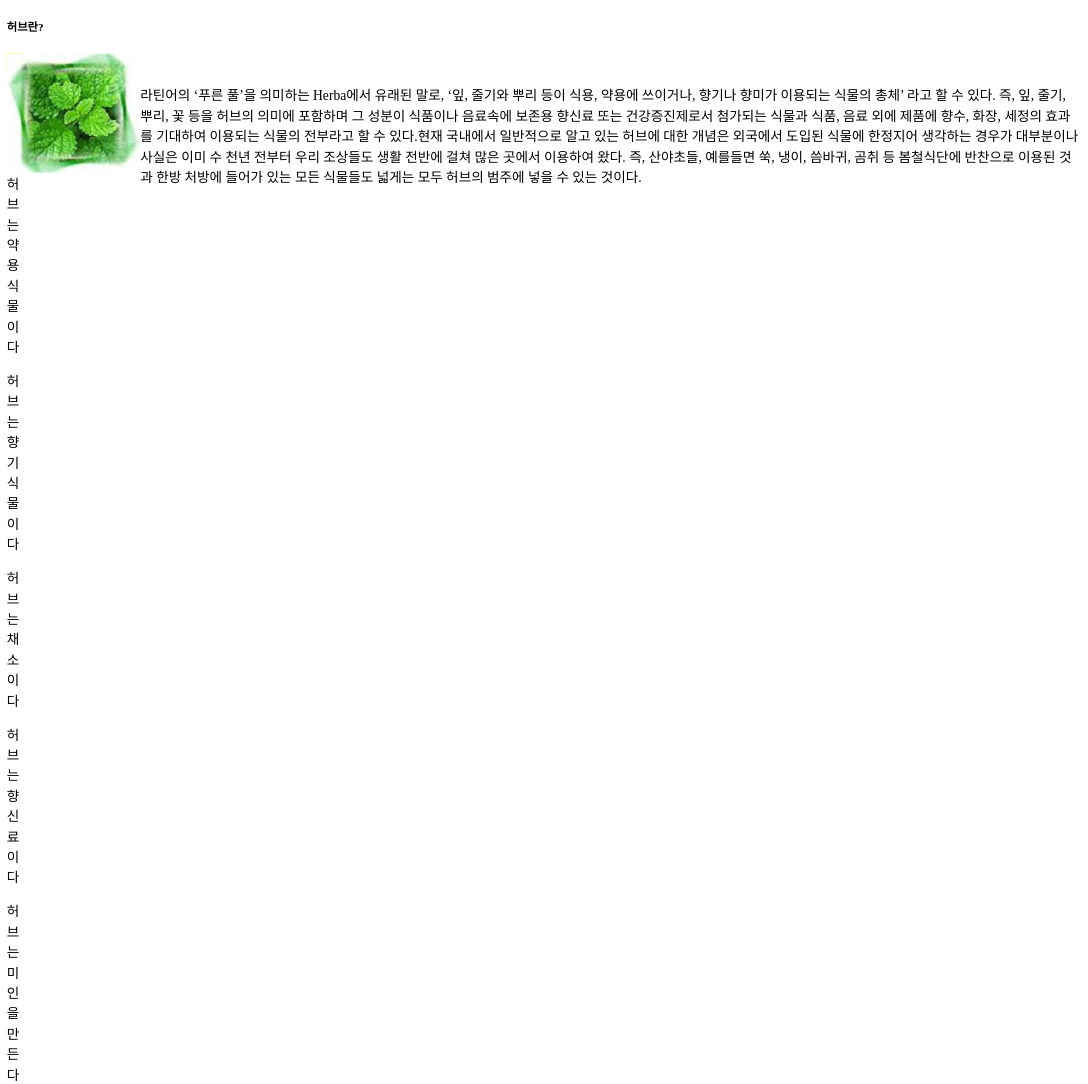
Repository: gus-123/Edu_KCC_HTML
Page: CSS/WebContent/position.html
The author's editor kept a copy of each file at every save. The page is drawn from the files as they stood at one save, then again after the next save.
The browser window is 1280 px wide. The pictures show the whole page, at 85% of full size.

Above is the page before, as saved 2024-07-09 06:19:59.

After the next save:
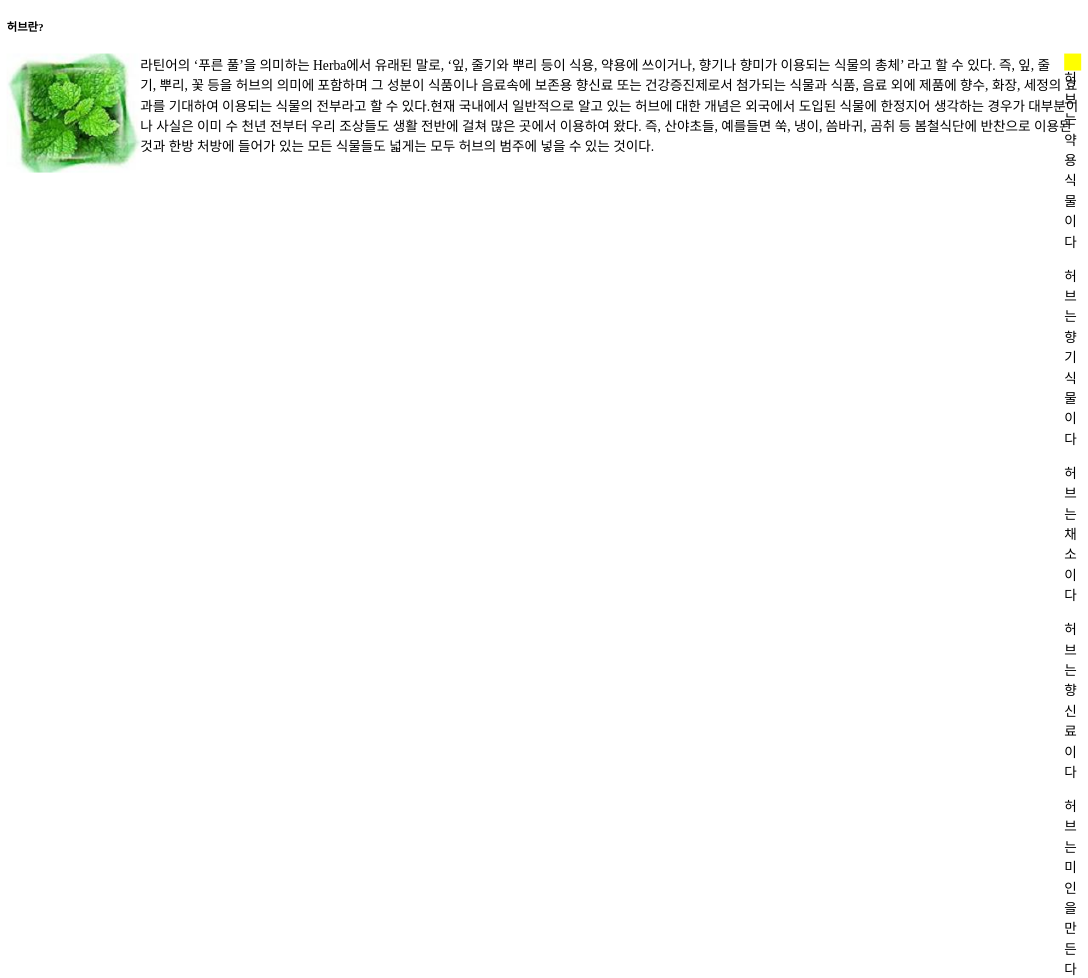
Saved 33 s later.
--- a/CSS/WebContent/position.html
+++ b/CSS/WebContent/position.html
@@ -13,6 +13,7 @@
 	width: 20px;
 	height: 20px;
 	background-color: yellow;
+	float: right;
 }
 </style>
 </head>
